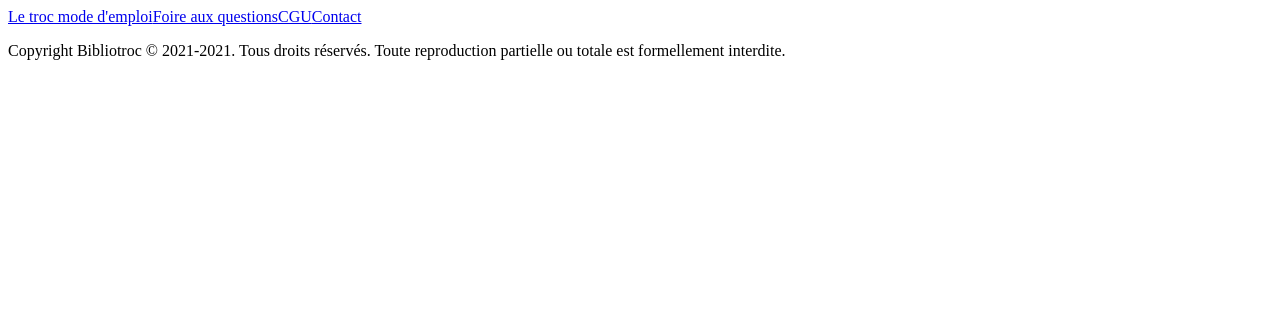
Repository: kagnyGithub/kagnyGithub
Page: templates/bibliotroc/footer.twig
These files come from the project's save history. The page is drawn as it stood at one moment and after the next save; the edit follows.
The browser window is 1280 px wide. The pictures show the whole page.
Some web libraries are served in a nearby version. The page is a Twig template of a Symfony application; nobody is signed in and links lead nowhere. The template is opened directly, without the code that normally fills it, so the values that code supplies are empty.

Above is the page before, as saved 2021-12-16 04:08:18.

After the next save:
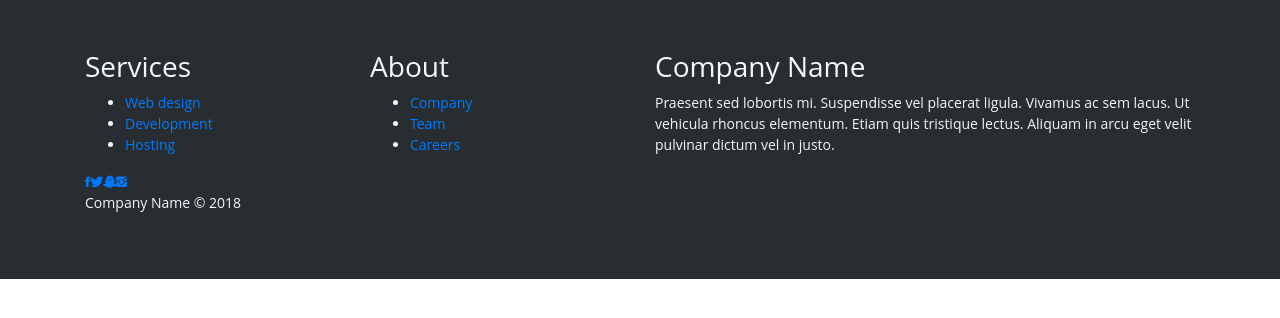
Saved 113 s later.
--- a/templates/bibliotroc/footer.twig
+++ b/templates/bibliotroc/footer.twig
@@ -1,13 +1,50 @@
-  <!-- footer -->
-  <footer class="container-fluid container-footer " >
-  <div class="container container-footerb footer-dark">
-    <div class="row">
-      <div class="copyright top10">
-        <a href="fonctionnement-echange-livres.html">Le troc mode d'emploi</a><a href="foire-aux-questions.html">Foire aux questions</a><a href="conditions-generales-utilisation.html">CGU</a><a href="contact.html">Contact</a>
-      </div>
-      <div class="copyright top10">
-        <p>Copyright Bibliotroc © 2021-2021. Tous droits réservés. Toute reproduction partielle ou totale est formellement interdite.</p>
-      </div>
+<!DOCTYPE html>
+<html>
+
+<head>
+    <meta charset="utf-8">
+    <meta name="viewport" content="width=device-width, initial-scale=1.0">
+    <title>Untitled</title>
+    <link rel="stylesheet" href="https://cdnjs.cloudflare.com/ajax/libs/twitter-bootstrap/4.1.3/css/bootstrap.min.css">
+    <link rel="stylesheet" href="https://cdnjs.cloudflare.com/ajax/libs/ionicons/2.0.1/css/ionicons.min.css">
+    <link rel="stylesheet" href="assets/css/style.css">
+</head>
+
+<body>
+    <div class="footer-dark">
+        <footer>
+            <div class="container">
+                <div class="row">
+                    <div class="col-sm-6 col-md-3 item">
+                        <h3>Services</h3>
+                        <ul>
+                            <li><a href="#">Web design</a></li>
+                            <li><a href="#">Development</a></li>
+                            <li><a href="#">Hosting</a></li>
+                        </ul>
+                    </div>
+                    <div class="col-sm-6 col-md-3 item">
+                        <h3>About</h3>
+                        <ul>
+                            <li><a href="#">Company</a></li>
+                            <li><a href="#">Team</a></li>
+                            <li><a href="#">Careers</a></li>
+                        </ul>
+                    </div>
+                    <div class="col-md-6 item text">
+                        <h3>Company Name</h3>
+                        <p>Praesent sed lobortis mi. Suspendisse vel placerat ligula. Vivamus ac sem lacus. Ut vehicula rhoncus elementum. Etiam quis tristique lectus. Aliquam in arcu eget velit pulvinar dictum vel in justo.</p>
+                    </div>
+                    <div class="col item social"><a href="#"><i class="icon ion-social-facebook"></i></a><a href="#"><i class="icon ion-social-twitter"></i></a><a href="#"><i class="icon ion-social-snapchat"></i></a><a href="#"><i class="icon ion-social-instagram"></i></a></div>
+                </div>
+                <p class="copyright">Company Name © 2018</p>
+            </div>
+        </footer>
     </div>
-  </div>
-</footer>
+    <script src="https://cdnjs.cloudflare.com/ajax/libs/jquery/3.2.1/jquery.min.js"></script>
+    <script src="https://cdnjs.cloudflare.com/ajax/libs/twitter-bootstrap/4.1.3/js/bootstrap.bundle.min.js"></script>
+</body>
+
+</html>
+
+<!-- Credit to https://epicbootstrap.com/snippets/footer-dark -->
